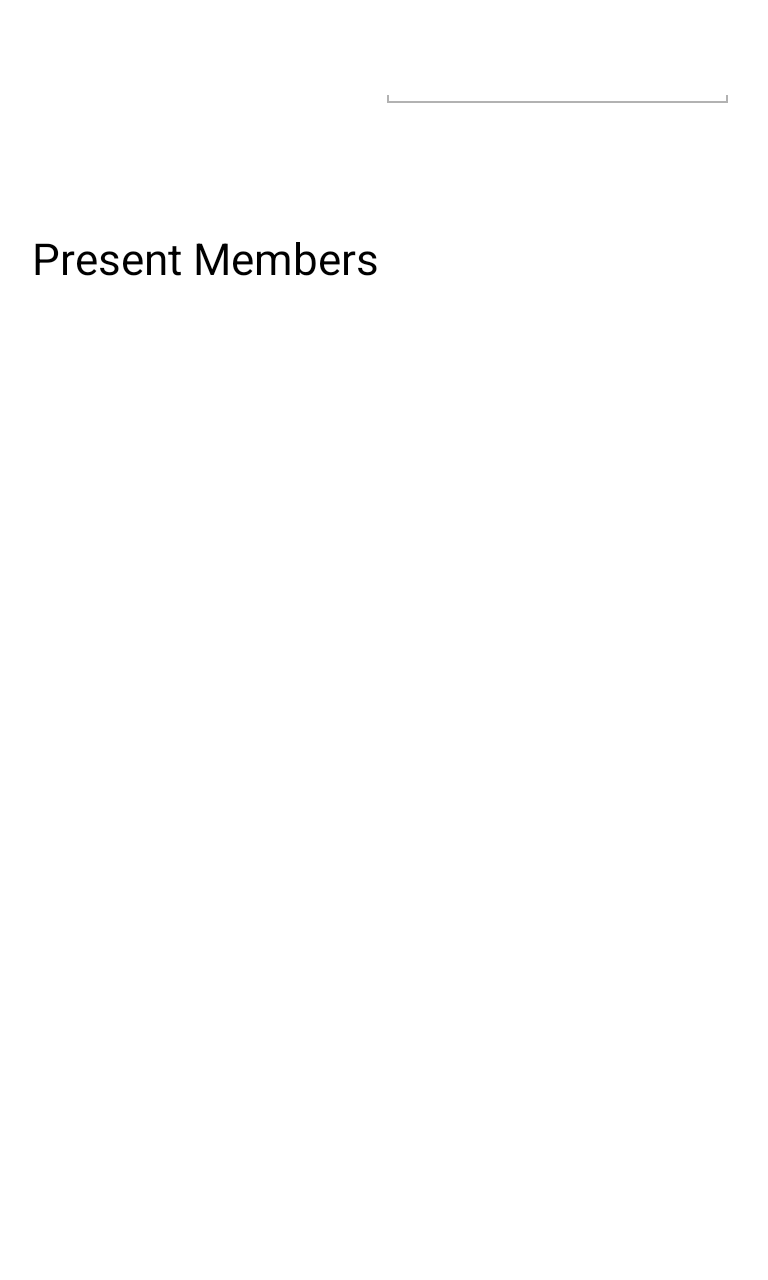
Repository: MarcoRieger/sw14_free_04_new
Layout: RWDMember/res/layout/fragment_statistic.xml
The author's editor kept a copy of each file at every save. The layout is drawn from the files as they stood at one save, then again after the next save.
It is drawn on a 768 x 1280 px phone screen (xhdpi) without system bars, with theme AppTheme; the app's code is not run.

Above is the layout before, as saved 2014-06-17 13:08:16.

### RWDMember/res/layout/fragment_statistic.xml
<?xml version="1.0" encoding="utf-8"?>
<LinearLayout xmlns:android="http://schemas.android.com/apk/res/android"
    android:layout_width="match_parent"
    android:layout_height="match_parent"
    android:paddingBottom="@dimen/activity_vertical_margin"
    android:paddingLeft="@dimen/activity_horizontal_margin"
    android:paddingRight="@dimen/activity_horizontal_margin"
    android:paddingTop="@dimen/activity_vertical_margin" >

    <TextView
        android:id="@+id/textView1"
        android:layout_width="wrap_content"
        android:layout_height="wrap_content"
        android:layout_marginTop="95dp"
        android:text="Present Members"
        android:textAppearance="?android:attr/textAppearanceLarge" />

    <EditText
        android:id="@+id/presentMembers"
        android:layout_width="wrap_content"
        android:layout_height="wrap_content"
        android:layout_marginBottom="17dp"
        android:clickable="false"
        android:cursorVisible="false"

        android:ems="10"
        android:focusable="false"
        android:focusableInTouchMode="false"
        android:inputType="number" >

        <requestFocus />
    </EditText>

</LinearLayout>

Loaded but not shown: RWDMember/res/values/styles.xml (common file); RWDMember/res/values-v11/styles.xml (common file); RWDMember/res/values-v14/styles.xml (common file); RWDMember/res/values/dimens.xml (common file); RWDMember/res/values-w820dp/dimens.xml (common file)

After the next save:
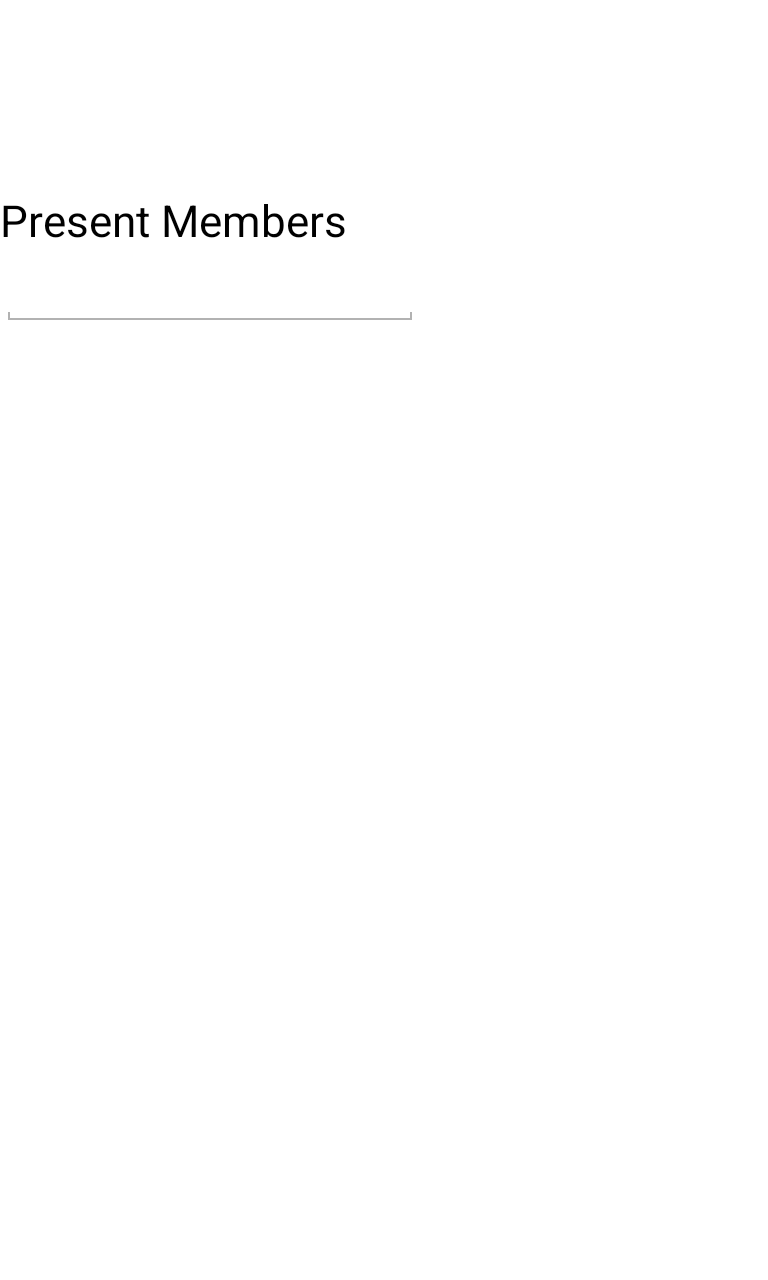
Saved 2 min 4 s later.
--- a/RWDMember/res/layout/fragment_statistic.xml
+++ b/RWDMember/res/layout/fragment_statistic.xml
@@ -2,16 +2,14 @@
 <LinearLayout xmlns:android="http://schemas.android.com/apk/res/android"
     android:layout_width="match_parent"
     android:layout_height="match_parent"
-    android:paddingBottom="@dimen/activity_vertical_margin"
-    android:paddingLeft="@dimen/activity_horizontal_margin"
-    android:paddingRight="@dimen/activity_horizontal_margin"
-    android:paddingTop="@dimen/activity_vertical_margin" >
+    android:orientation="vertical" >
 
     <TextView
         android:id="@+id/textView1"
         android:layout_width="wrap_content"
         android:layout_height="wrap_content"
         android:layout_marginTop="95dp"
+        android:gravity="center"
         android:text="Present Members"
         android:textAppearance="?android:attr/textAppearanceLarge" />
 
